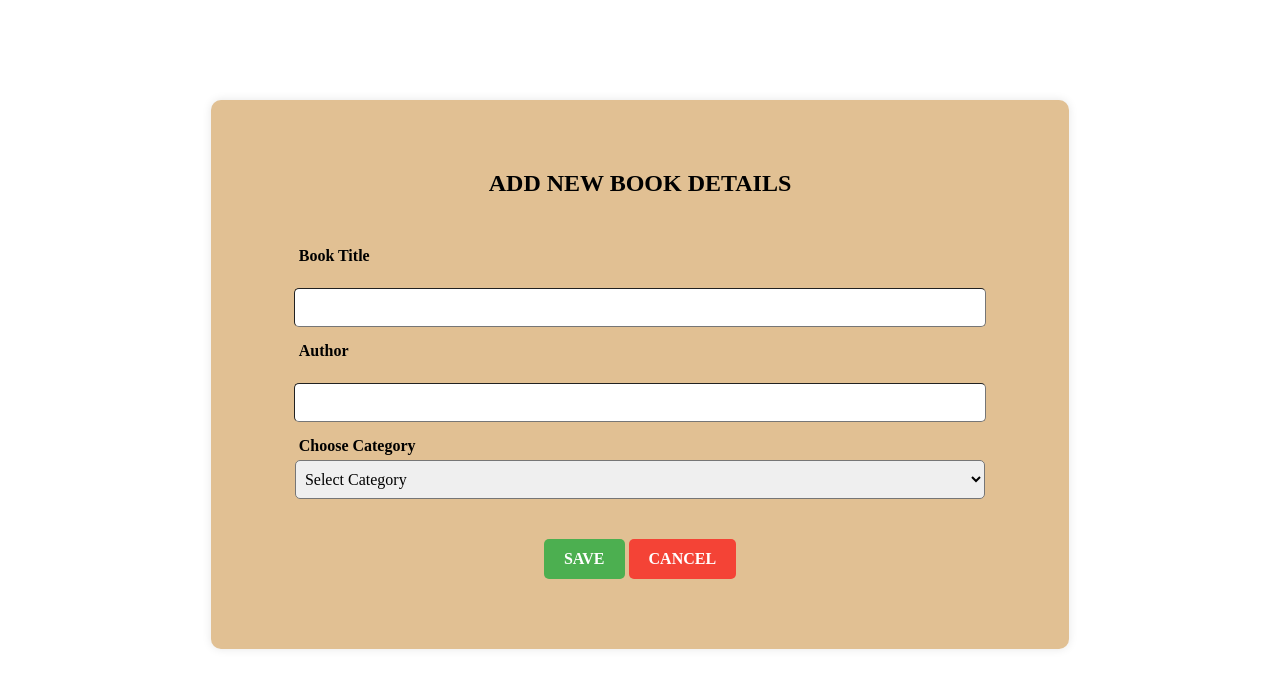
Repository: devikrishna908/RURAL-LIBRARY-MANAGEMENT
Page: http://localhost/library-management/WEB-INF/jsp/add-book.jsp
The author's editor kept a copy of each file at every save. The page is drawn from the files as they stood at one save, then again after the next save.
The browser window is 1280 px wide. The pictures show the whole page.
The page is served by Tomcat 9. Nobody is signed in. Other server files are loaded and not shown. The template is opened directly, without the code that normally fills it, so the values that code supplies are empty.

Above is the page before, as saved 2024-05-24 06:02:20.

### library-management/src/main/webapp/WEB-INF/jsp/add-book.jsp
<%@ page language="java" contentType="text/html; charset=ISO-8859-1"
    pageEncoding="ISO-8859-1"%>
<!DOCTYPE html>
<html>
<head>
<meta charset="ISO-8859-1">
<title>Add Book</title>
<link rel="stylesheet" href="css/new-book.css">
</head>
<body>
	<div class="container">
		<h2>ADD NEW BOOK DETAILS</h2>
		<div class="form-container">
			<form name="create" method="post" action="/add-book"
				onsubmit="return validateForm()">

	    	    <label for="bookTitle">Book Title</label><br>
    	    	<input type="text" id="bookTitle" name="bookTitle"><br>

		        <label for="author">Author</label><br>
    		    <input type="text" id="author" name="author"><br>

				<label for="category">Choose Category</label>
				<select id="service" name="service">
					<option value="nil">Select Category</option>
					<option value="NOVEL">NOVEL</option>
					<option value="ARTICLES">ARTICLES</option>
					<option value="BIOGRAPHY">BIOGRAPHY</option>
					<option value="SHORT STORIES">SHORT STORIES</option>
					<option value="TRAVELOGUE">TRAVELOGUE</option>
					<option value="CLASSICS">CLASSICS</option>
					<option value="COMICS">COMICS</option>
					<option value="EDUCATION AND STUDY AID">EDUCATION AND STUDY AID</option>
					<option value="HEALTH AND FITNESS">HEALTH AND FITNESS</option>
					<option value="DRAMA">DRAMA</option>
					<option value="SCIENCE FICTION">SCIENCE FICTION</option>
					<option value="NON FICTION">NON FICTION</option>
					<option value="CHILDREN'S LITERATURE">CHILDREN'S LITERATURE</option>
					<option value="FANTASY">FANTASY</option>
					<option value="HISTORY">HISTORY</option>
					<option value="SCIENCE">SCIENCE</option>
				</select>

				<div class="input-button">
					<input type="submit" value="SAVE" class="insert">
					<input type="button" value="CANCEL" class="cancel" onclick="cancelAction()"> <br>
				</div>
			</form>
		</div>

	</div>

</body>
</html>

### library-management/src/main/resources/static/css/new-book.css

h2 {
	text-align: center;
	margin-bottom: 50px;
}

.form-container {
	text-align: center;
}

.container {
	width: 60%; /* Adjust the width of the container as needed */
	margin: 0 auto; /* Center the container horizontally */
	margin-top: 100px;
	background-color: rgb(225, 192, 147);
	/* Set the background color of the container */
	padding: 50px; /* Add some padding to the container */
	border-radius: 10px; /* Add rounded corners to the container */
	box-shadow: 0 0 10px rgba(0, 0, 0, 0.1);
	/* Add a shadow effect to the container */
}

.form-container label {
	display: block;
	text-align: left;
	font-family: serif;
	font-size: 12pt;
	font-weight:bold;
	margin-top:5px;
	margin-bottom: 5px;
	margin-left: 5%; /* Add some space between labels and input boxes */
}

.form-container input[type="password"] {
	border-radius: 5px;
	border-width: 1px;
	font-family:serif;
	font-size:12pt;
	padding-left:5px;
	width: 90%; /* Set the width of input boxes */
	margin-bottom: 10px; /* Add some space between input boxes */
	height: 35px;
}
.form-container select {
    border-radius: 5px;
    border-width: .5px;
    font-family: serif;
    font-size: 12pt;
    padding-left: 5px;
    width: 91%; /* Set the width of the select box */
    margin-bottom: 10px; /* Add some space between input boxes */
    height: 39px;
}

.form-container input[type="text"] {
	border-radius: 5px;
	border-width: .5px;
	font-family:serif;
	font-size:12pt;
	padding-left:5px;
	width: 90%; /* Set the width of input boxes */
	margin-bottom: 10px; /* Add some space between input boxes */
	height: 35px;
}

.form-container textarea {
	width: 90%; /* Set the width of input boxes */
	margin-bottom: 10px; /* Add some space between input boxes */
	padding-left:5px;
	font-family:serif;
	font-size:12pt;
	border-width: .5px;
	border-radius: 5px;
}

.form-container textarea {
	height: 100px; /* Set the height of the textarea */
}

.input-button {
	text-align: center;
	margin-top: 30px; /* Space above the buttons */
	margin-bottom: 20px;
}

.input-button input[type="submit"], .input-button input[type="button"] {
	height: 40px;
	padding: 8px 20px;
	font-size: 12pt;
	border: none;
	font-family: 'Times New Roman', Times, serif;
	font-weight: bold;
	cursor: pointer;
	border-radius: 5px;
}

.input-button input[type="submit"].insert {
	background-color: #4CAF50;
	/* Green background for the "CREATE" button */
	color: white;
}

.input-button input[type="button"].cancel {
	background-color: #f44336; /* Red background for the "CANCEL" button */
	color: white;
}

After the next save:
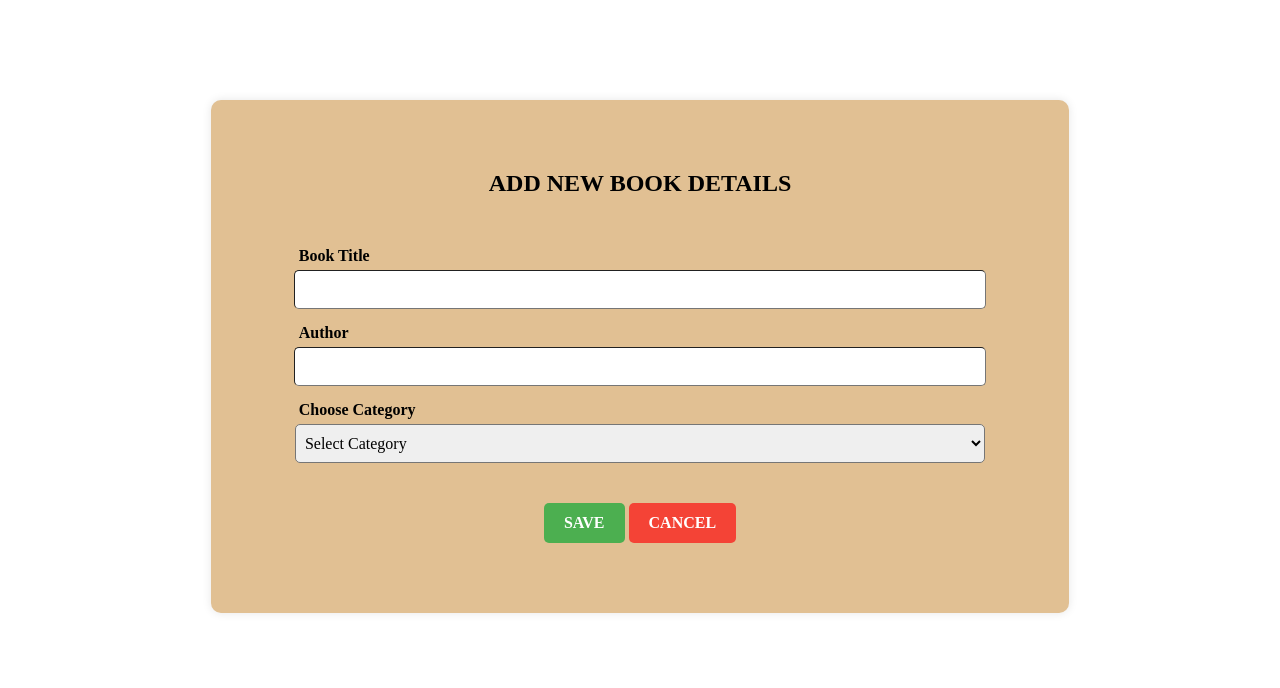
Saved 15 s later.
--- a/library-management/src/main/webapp/WEB-INF/jsp/add-book.jsp
+++ b/library-management/src/main/webapp/WEB-INF/jsp/add-book.jsp
@@ -14,10 +14,10 @@
 			<form name="create" method="post" action="/add-book"
 				onsubmit="return validateForm()">
 
-	    	    <label for="bookTitle">Book Title</label><br>
+	    	    <label for="bookTitle">Book Title</label>
     	    	<input type="text" id="bookTitle" name="bookTitle"><br>
 
-		        <label for="author">Author</label><br>
+		        <label for="author">Author</label>
     		    <input type="text" id="author" name="author"><br>
 
 				<label for="category">Choose Category</label>
